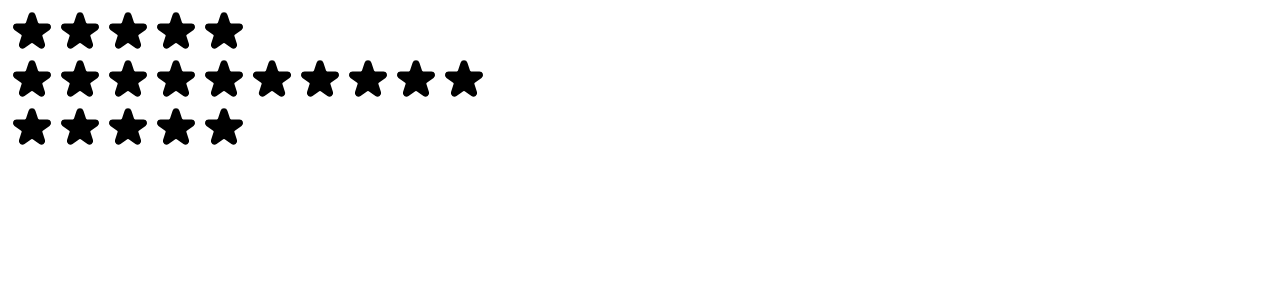
Repository: echoyol/07-usepopcorn
Page: /
The author's editor kept a copy of each file at every save. The page is drawn from the files as they stood at one save, then again after the next save.
The browser window is 1280 px wide. The pictures show the whole page.
The project was rebuilt for these pictures with package versions that can differ from the ones it lists, and the page was loaded fresh each time.

Above is the page before, as saved 2023-07-06 11:36:32.

After the next save:
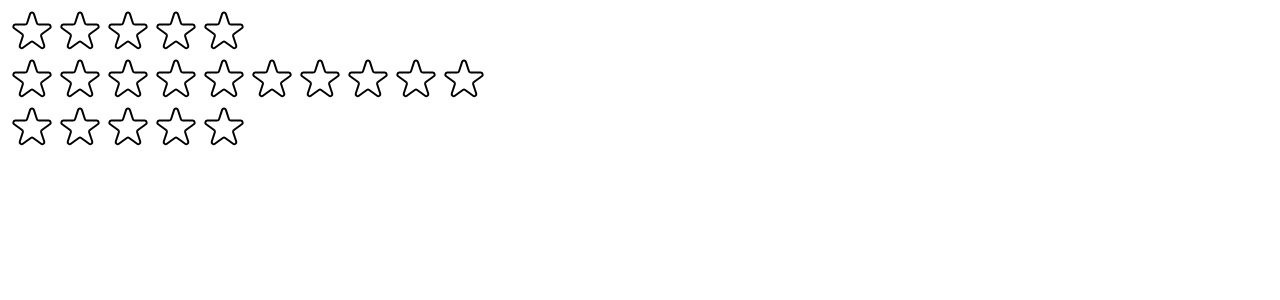
Saved 4 min 42 s later.
--- a/src/StarRating.js
+++ b/src/StarRating.js
@@ -41,21 +41,37 @@ const starStyle = {
   display: 'block',
   cursor: 'pointer',
 }
-function Star({ onRate }) {
+function Star({ onRate, full }) {
   return (
     <span
       role='button'
       style={starStyle}
       onClick={onRate}
     >
-      <svg
-        xmlns='http://www.w3.org/2000/svg'
-        viewBox='0 0 20 20'
-        fill='#000'
-        stroke='#000'
-      >
-        <path d='M9.049 2.927c.3-.921 1.603-.921 1.902 0l1.07 3.292a1 1 0 00.95.69h3.462c.969 0 1.371 1.24.588 1.81l-2.8 2.034a1 1 0 00-.364 1.118l1.07 3.292c.3.921-.755 1.688-1.54 1.118l-2.8-2.034a1 1 0 00-1.175 0l-2.8 2.034c-.784.57-1.838-.197-1.539-1.118l1.07-3.292a1 1 0 00-.364-1.118L2.98 8.72c-.783-.57-.38-1.81.588-1.81h3.461a1 1 0 00.951-.69l1.07-3.292z' />
-      </svg>
+      {full ? (
+        <svg
+          xmlns='http://www.w3.org/2000/svg'
+          viewBox='0 0 20 20'
+          fill='#000'
+          stroke='#000'
+        >
+          <path d='M9.049 2.927c.3-.921 1.603-.921 1.902 0l1.07 3.292a1 1 0 00.95.69h3.462c.969 0 1.371 1.24.588 1.81l-2.8 2.034a1 1 0 00-.364 1.118l1.07 3.292c.3.921-.755 1.688-1.54 1.118l-2.8-2.034a1 1 0 00-1.175 0l-2.8 2.034c-.784.57-1.838-.197-1.539-1.118l1.07-3.292a1 1 0 00-.364-1.118L2.98 8.72c-.783-.57-.38-1.81.588-1.81h3.461a1 1 0 00.951-.69l1.07-3.292z' />
+        </svg>
+      ) : (
+        <svg
+          xmlns='http://www.w3.org/2000/svg'
+          fill='none'
+          viewBox='0 0 24 24'
+          stroke='#000'
+        >
+          <path
+            strokeLinecap='round'
+            strokeLinejoin='round'
+            strokeWidth='{2}'
+            d='M11.049 2.927c.3-.921 1.603-.921 1.902 0l1.519 4.674a1 1 0 00.95.69h4.915c.969 0 1.371 1.24.588 1.81l-3.976 2.888a1 1 0 00-.363 1.118l1.518 4.674c.3.922-.755 1.688-1.538 1.118l-3.976-2.888a1 1 0 00-1.176 0l-3.976 2.888c-.783.57-1.838-.197-1.538-1.118l1.518-4.674a1 1 0 00-.363-1.118l-3.976-2.888c-.784-.57-.38-1.81.588-1.81h4.914a1 1 0 00.951-.69l1.519-4.674z'
+          />
+        </svg>
+      )}
     </span>
   )
 }
@@ -67,18 +83,5 @@ FULL STAR
 
 EMPTY STAR
 
-<svg
-  xmlns="http://www.w3.org/2000/svg"
-  fill="none"
-  viewBox="0 0 24 24"
-  stroke="#000"
->
-  <path
-    strokeLinecap="round"
-    strokeLinejoin="round"
-    strokeWidth="{2}"
-    d="M11.049 2.927c.3-.921 1.603-.921 1.902 0l1.519 4.674a1 1 0 00.95.69h4.915c.969 0 1.371 1.24.588 1.81l-3.976 2.888a1 1 0 00-.363 1.118l1.518 4.674c.3.922-.755 1.688-1.538 1.118l-3.976-2.888a1 1 0 00-1.176 0l-3.976 2.888c-.783.57-1.838-.197-1.538-1.118l1.518-4.674a1 1 0 00-.363-1.118l-3.976-2.888c-.784-.57-.38-1.81.588-1.81h4.914a1 1 0 00.951-.69l1.519-4.674z"
-  />
-</svg>
 
 */
